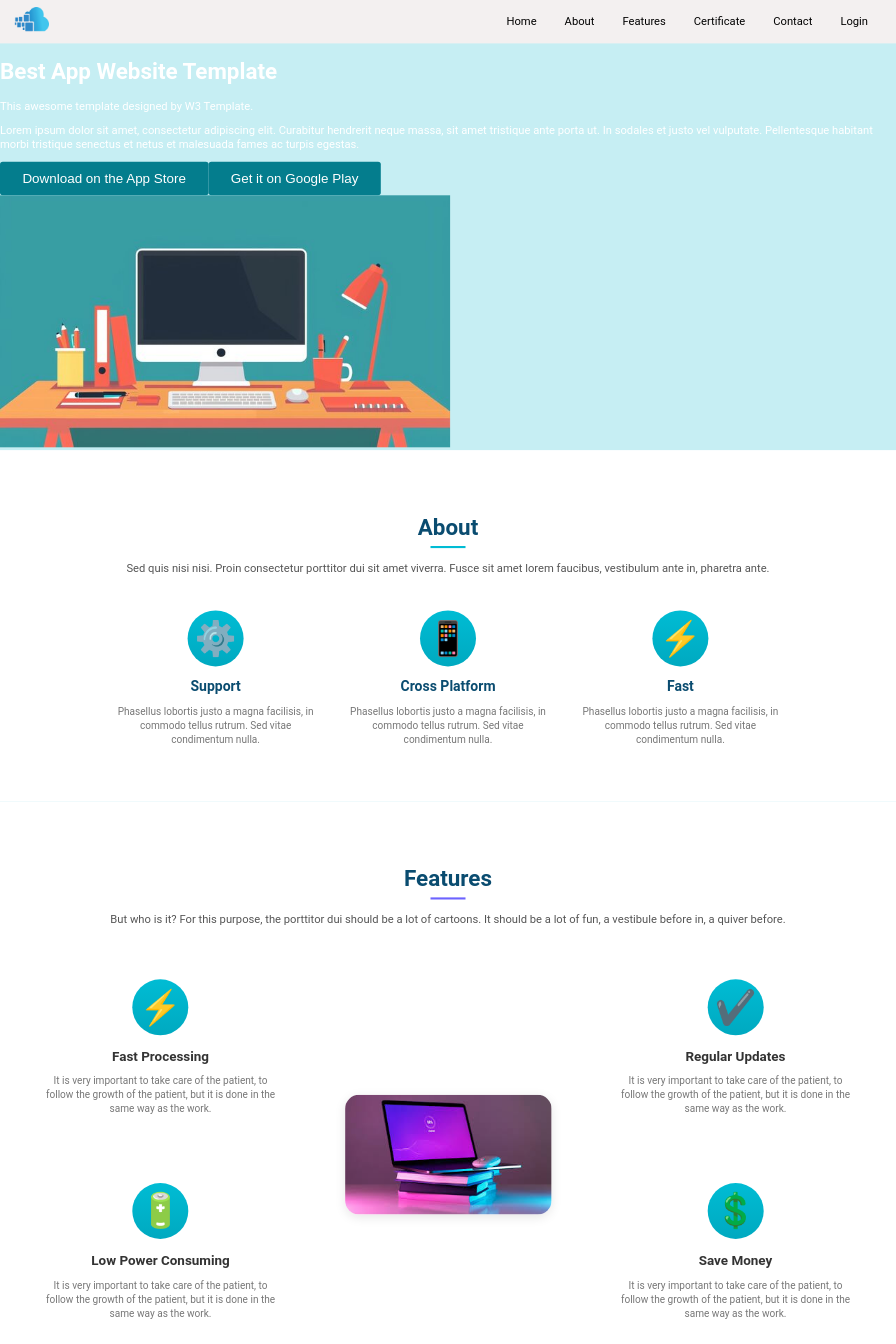
Repository: gautamsonam011/Institute
Page: /
An editor plug-in stored every save of this project. The page is shown before and after the next save, followed by the edit.
The browser window is 1280 px wide. The pictures show the part of the page from y = 0 to 1920 px (the page is 3517 px tall before and 3941 px after), at 70% of full size.
The project was rebuilt for these pictures with package versions that can differ from the ones it lists, and the page was loaded fresh each time. Also part of the build but not shown: vite.config.js, src/Header.jsx, src/Sidebar.jsx, src/Home.jsx, src/students/Addstudent.jsx, src/students/allstudent.css, src/students/Allstudents.jsx, src/Fee management/feehead.css and 9 more.

Above is the page before, as saved 2024-11-28 10:38:58.

After the next save:
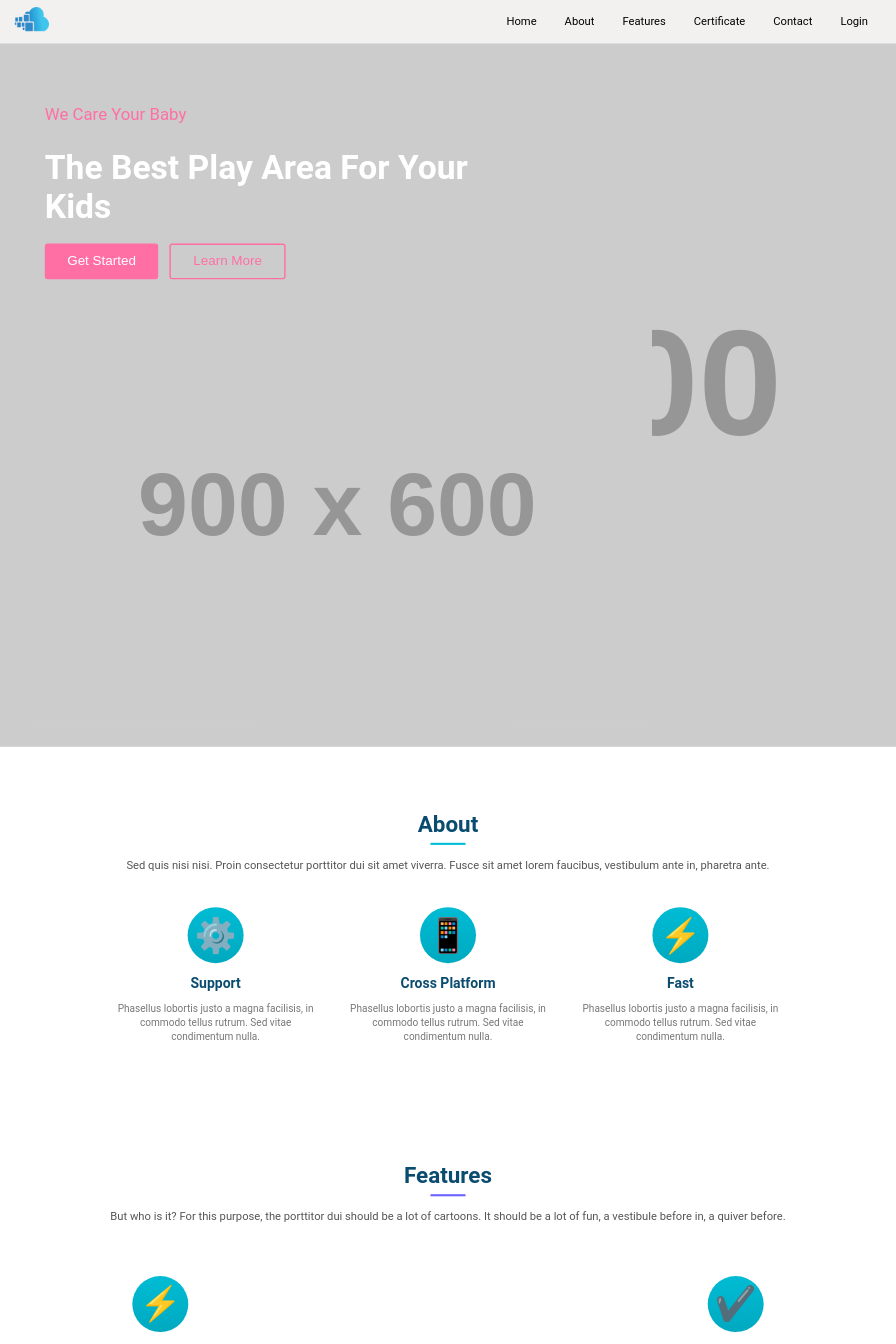
Saved 17 s later.
--- a/src/components/Main.jsx
+++ b/src/components/Main.jsx
@@ -1,28 +1,25 @@
 import React from "react";
 import "./main.css";
-import mainbg2 from '../assets/mainbg2.jpg'
 
-const AppSection = () => {
+const HeroSection = () => {
   return (
-    <div className="app-section">
-      <div className="content">
-        <h1>Best App Website Template</h1>
-        <p>
-          This awesome template designed by W3 Template.
-        </p>
-        <p>
-          Lorem ipsum dolor sit amet, consectetur adipiscing elit. Curabitur hendrerit neque massa, sit amet tristique ante porta ut. In sodales et justo vel vulputate. Pellentesque habitant morbi tristique senectus et netus et malesuada fames ac turpis egestas.
-        </p>
-        <div className="buttons">
-          <button className="btn btn-black">Download on the App Store</button>
-          <button className="btn btn-blue">Get it on Google Play</button>
+    <div className="hero-section">
+      <div className="hero-content">
+        <p className="subtitle">We Care Your Baby</p>
+        <h1 className="title">The Best Play Area For Your Kids</h1>
+        <div className="hero-buttons">
+          <button className="btn btn-pink">Get Started</button>
+          <button className="btn btn-outline">Learn More</button>
         </div>
       </div>
-      <div className="image">
-        <img src={mainbg2} alt="App Illustration" />
+      <div className="hero-image">
+        <img
+          src="https://via.placeholder.com/900x600" /* Replace with your actual image URL */
+          alt="Kids playing"
+        />
       </div>
     </div>
   );
 };
 
-export default AppSection;
+export default HeroSection;
